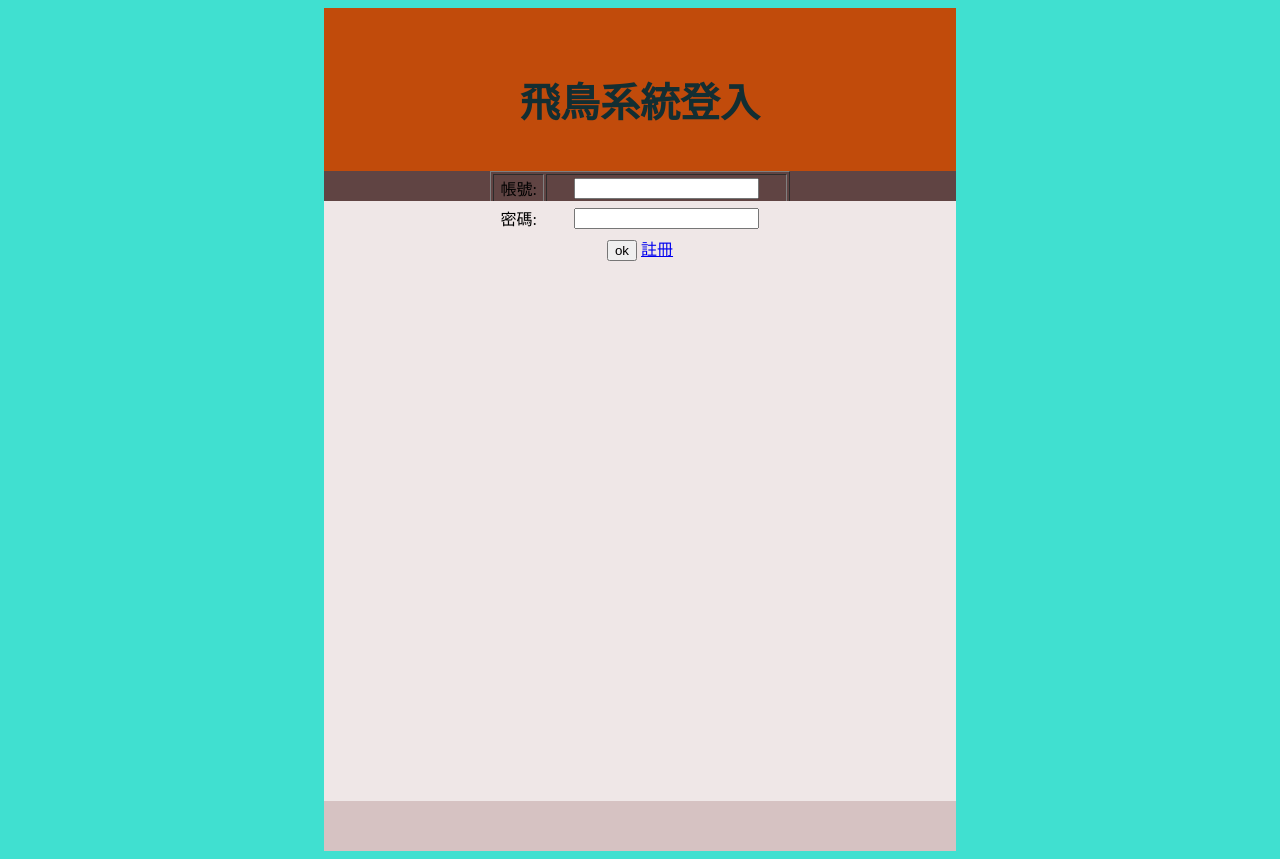
Repository: pride0420/portfolio
Page: Portfolio/1_springBoot/src/main/resources/static/index.html
The author's editor kept a copy of each file at every save. The page is drawn from the files as they stood at one save, then again after the next save.
The browser window is 1280 px wide. The pictures show the whole page.

Above is the page before, as saved 2023-11-30 14:31:39.

After the next save:
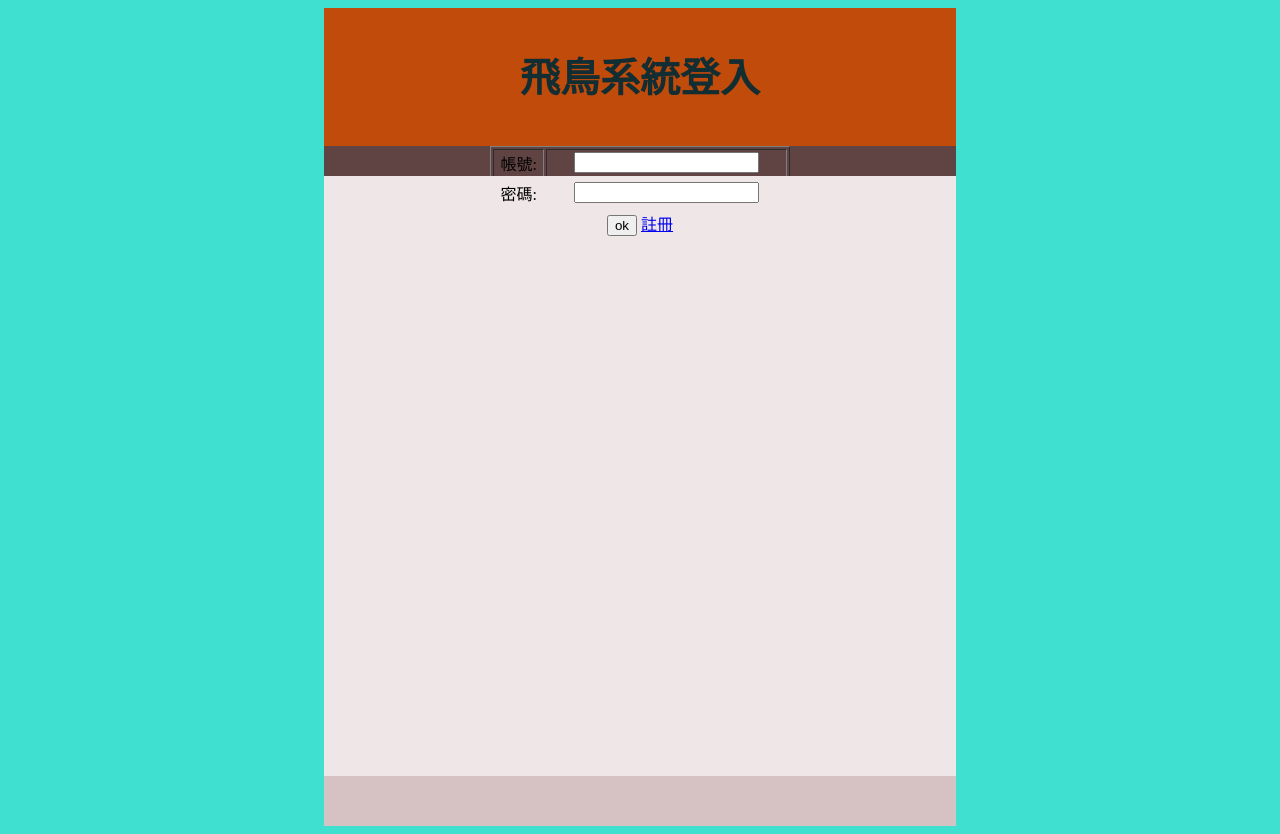
Saved 10 s later.
--- a/Portfolio/1_springBoot/src/main/resources/static/css/index.css
+++ b/Portfolio/1_springBoot/src/main/resources/static/css/index.css
@@ -11,7 +11,7 @@
 	font-weight:800;
 	font-size:250%;
 	text-align: center;
-	padding-top: 5%;
+	padding-top: 3%;
 }
 #navigater{
 

After the save that followed:
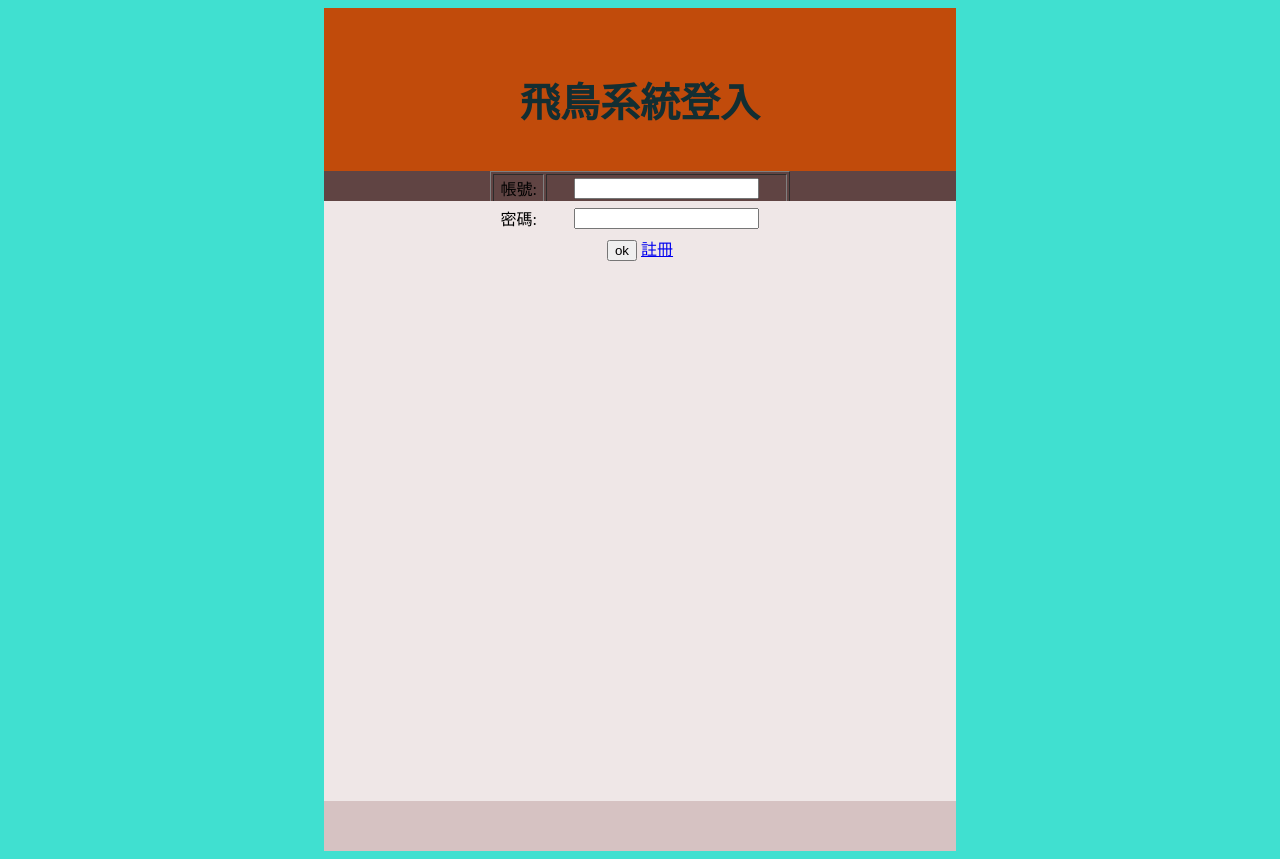
Saved 9 s later.
--- a/Portfolio/1_springBoot/src/main/resources/static/css/index.css
+++ b/Portfolio/1_springBoot/src/main/resources/static/css/index.css
@@ -11,7 +11,7 @@
 	font-weight:800;
 	font-size:250%;
 	text-align: center;
-	padding-top: 3%;
+	padding-top: 5%;
 }
 #navigater{
 
